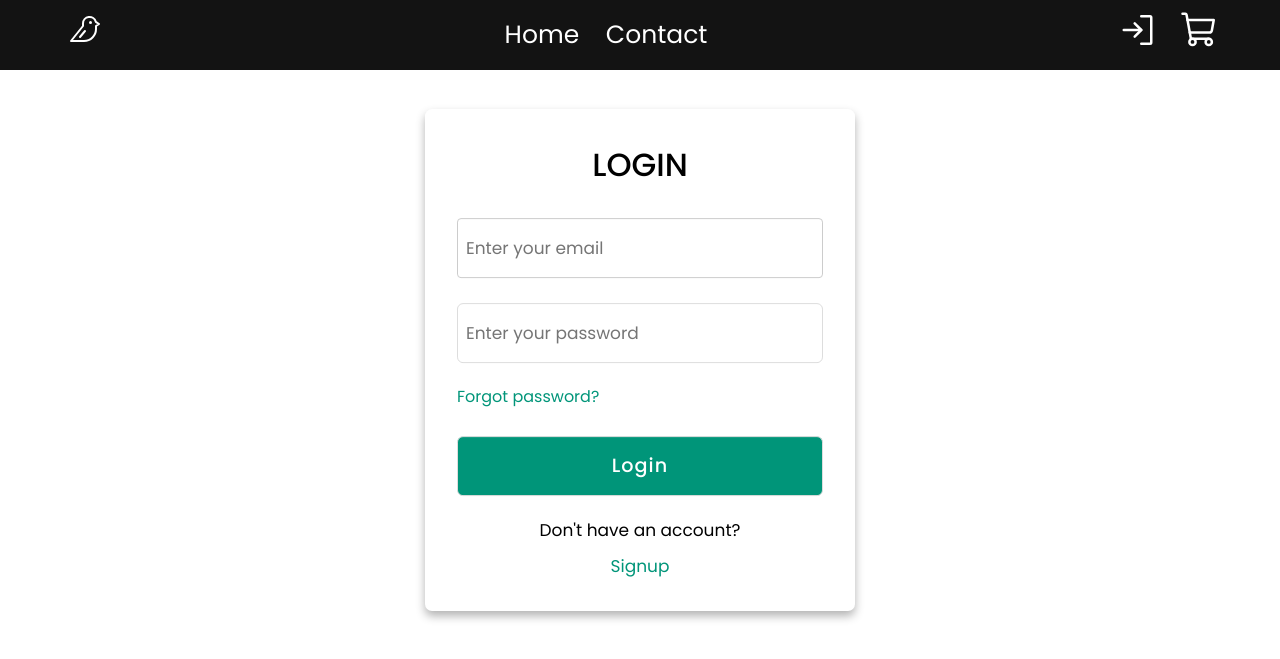
Repository: hoangdanh2/swp301
Page: /register
The author's editor kept a copy of each file at every save. The page is drawn from the files as they stood at one save, then again after the next save.
The browser window is 1280 px wide. The pictures show the whole page.
The project was rebuilt for these pictures with package versions that can differ from the ones it lists, and the page was loaded fresh each time. Also part of the build but not shown: src/pages/shop/product.jsx, src/pages/shop/shop.css, src/pages/shop/shop.jsx, src/pages/contact/contact.jsx, src/pages/cart/cart-item.jsx, src/pages/cart/cart.css, src/pages/cart/cart.jsx.

Above is the page before, as saved 2023-05-29 10:27:43.

### src/App.js
import './App.css';
import { BrowserRouter as Router, Routes, Route } from "react-router-dom";
import { Navbar } from "./components/navbar";
import { Register } from "./pages/register/register";
import { Shop } from "./pages/shop/shop";
import { Contact } from "./pages/contact/contact";
import { Cart } from "./pages/cart/cart";
import { ShopContextProvider } from './context/shop-context';


function App() {
  return (
    <div className = "App">
      <ShopContextProvider>
        <Router>
          <Navbar />
          <Routes>
            <Route path = "/register" element = {<Register />} />
            <Route path = "/" element = {<Shop />} />
            <Route path = "/contact" element = {<Contact />} />
            <Route path = "/cart" element = {<Cart />} />
          </Routes>
        </Router>
      </ShopContextProvider>
    </div>
  );
}

export default App;

### src/App.css
.App {
  width: 100%;
  height: auto;
  min-height: 100vh;
  font-family: 'Segoe UI', Tahoma, Geneva, Verdana, sans-serif;
}

body {
  padding: 0;
  margin: 0;
}

### src/components/navbar.jsx
import React from "react";
import { Link } from "react-router-dom";
import { ShoppingCart, Bird, SignIn } from "phosphor-react";
import "./navbar.css";

export const Navbar = () => {
  return (
    <div className="navbar">
      <div className="links">
        <div className="icon">
          <Link to="/">
            <Bird size={32} />
          </Link>
        </div>
        <div className="middle">
          <Link to="/"> Home </Link>
          <Link to="/contact"> Contact</Link>
        </div>
        <div className="end">
            <Link to="/register">
                <SignIn size={40}/>
            </Link>
          <Link to="/cart">
            <ShoppingCart size={40} />
          </Link>
        </div>
      </div>
    </div>
  );
};

### src/pages/register/register.jsx
import React from "react";
import "./register.css";

export const Register = () => {
  return (
    <div className="container">
    <input type="checkbox" id="check"></input>
    <div className="login form">
      <header>LOGIN</header>
      <form action="#">
        <input type="text" placeholder="Enter your email"></input>
        <input type="password" placeholder="Enter your password"></input>
        <a href="#">Forgot password?</a>
        <input type="button" className="button" value="Login"></input>
      </form>
      <div className="signup">
        <span className="signup">Don't have an account?
         <label for="check">Signup</label>
        </span>
      </div>
    </div>
    <div className="registration form">
      <header>SIGNUP</header>
      <form action="#">
        <input type="text" placeholder="Enter your email"></input>
        <input type="password" placeholder="Create a password"></input>
        <input type="password" placeholder="Confirm your password"></input>
        <input type="button" className="button" value="Signup"></input>
      </form>
      <div className="signup">
        <span className="signup">Already have an account?
         <label for="check">Login</label>
        </span>
      </div>
    </div>
  </div>
  );
};

### src/context/shop-context.jsx
import { createContext, useEffect, useState } from "react";
import { PRODUCTS } from "../products";

export const ShopContext = createContext(null);

const getDefaultCart = () => {
    let cart = {};
    for (let i = 1; i < PRODUCTS.length + 1; i++) {
        cart[i] = 0;
    }
    return cart;
}

export const ShopContextProvider = (props) => {
    const [cartItems, setCartItems] = useState(getDefaultCart());

    const getTotalCartAmount = () => {
        let totalAmount = 0;
        for (const item in cartItems) {
            if (cartItems[item] > 0) {
                let itemInfo = PRODUCTS.find((product) => product.id === Number(item));
                totalAmount += cartItems[item] *itemInfo.price;
            }
        }
        return totalAmount;
    };

    const addToCart = (itemId) => {
        setCartItems((prev) => ({ ...prev, [itemId]: prev[itemId] + 1}));
    };

    const removeFromCart = (itemId) => {
        setCartItems((prev) => ({ ...prev, [itemId]: prev[itemId] - 1}));
    };

    const updateCartItemCount = (newAmount, itemId) => {
        setCartItems((prev) => ({ ...prev, [itemId]: newAmount }));
    };

    const checkout = () => {
        setCartItems(getDefaultCart());
    };

    const contextValue = {
        cartItems,
        addToCart,
        updateCartItemCount,
        removeFromCart,
        getTotalCartAmount,
        checkout,
    };

    return (
        <ShopContext.Provider value={contextValue}>
            {props.children}
        </ShopContext.Provider>
    );
};

### src/components/navbar.css
.navbar {
    width: 100%;
    height: 70px;
    background-color: rgb(19, 19, 19);
    display: flex;
    justify-content: center;
    align-items: center;
}

.links {
    margin-right: 50px;
    display: flex;
    align-items: center;
    justify-content: space-between;
    width: 100%;
}

.icon {
    margin-left: 50px;
}

.end {
    padding: 0 10px;
}

.links a {
    text-decoration: none;
    color: white;
    margin-left: 20px;
    font-size: 25px;
}

### src/pages/register/register.css
/* Import Google font - Poppins */
@import url('https://fonts.googleapis.com/css2?family=Poppins:wght@200;300;400;500;600;700&display=swap');
*{
  margin: 0;
  padding: 0;
  box-sizing: border-box;
  font-family: 'Poppins', sans-serif;
}

.container{
  position: absolute;
  top: 50%;
  left: 50%;
  transform: translate(-50%,-50%);
  max-width: 430px;
  width: 100%;
  background: #fff;
  border-radius: 7px;
  box-shadow: 0 5px 10px rgba(0,0,0,0.3);
}

.container .registration{
  display: none;
}

#check:checked ~ .registration{
  display: block;
}

#check:checked ~ .login{
  display: none;
}

#check{
  display: none;
}

.container .form{
  padding: 2rem;
}

.form header{
  font-size: 2rem;
  font-weight: 500;
  text-align: center;
  margin-bottom: 1.5rem;
}

 .form input{
   height: 60px;
   width: 100%;
   padding: 0 8px;
   font-size: 17px;
   margin-top: 15px;
   margin-bottom: 1.3rem;
   border: 1px solid #ddd;
   border-radius: 6px;
   outline: none;
 }

 .form input:focus{
   box-shadow: 0 1px 0 rgba(0,0,0,0.2);
 }

.form a{
  font-size: 16px;
  color: #009579;
  text-decoration: none;
}

.form a:hover{
  text-decoration: underline;
}

.form input.button{
  color: #fff;
  background: #009579;
  font-size: 1.2rem;
  font-weight: 500;
  letter-spacing: 1px;
  margin-top: 1.7rem;
  cursor: pointer;
  transition: 0.4s;
}

.form input.button:hover{
  background: #006653;
}

.signup{
  font-size: 17px;
  text-align: center;
}

.signup label{
  color: #009579;
  cursor: pointer;
}

.signup label:hover{
  text-decoration: underline;
}
input[type="text"],
input[type="email"],
input[type="message"],
textarea {
    width: 100%;
    padding: 8px;
    border: 1px solid #ccc;
    border-radius: 4px;
    box-sizing: border-box;
    margin-top: 5px;
    margin-bottom: 10px;
}

### src/products.js
import product1 from "./assets/products/1.png";
import product2 from "./assets/products/1.png";
import product3 from "./assets/products/1.png";
import product4 from "./assets/products/1.png";
import product5 from "./assets/products/1.png";
import product6 from "./assets/products/1.png";
import product7 from "./assets/products/1.png";
import product8 from "./assets/products/1.png";

export const PRODUCTS = [
  {
    id: 1,
    productName: "Bird Food",
    price: 999.0,
    productImage: product1,
  },
  {
    id: 2,
    productName: "Bird Food",
    price: 1999.0,
    productImage: product2,
  },
  {
    id: 3,
    productName: "Bird Food",
    price: 699.0,
    productImage: product3,
  },
  {
    id: 4,
    productName: "Bird Food",
    price: 228.0,
    productImage: product4,
  },
  {
    id: 5,
    productName: "Bird Food",
    price: 19.99,
    productImage: product5,
  },
  {
    id: 6,
    productName: "Bird Food",
    price: 68.0,
    productImage: product6,
  },
  {
    id: 7,
    productName: "Bird Food",
    price: 120.0,
    productImage: product7,
  },
  {
    id: 8,
    productName: "Bird Food",
    price: 40.0,
    productImage: product8,
  },
];

### src/pages/contact/contact.css
.contact{
    max-width: 400px;
    margin: 0 auto;
    padding: 20px;
}
.title-contact{
    text-align: center;
}
label{
    display: block;
    margin-top: 10px;
}
.form-contact{

    text-align: center;
}

input[type="text"],
input[type="email"],
input[type="message"],
textarea {
  width: 100%;
  padding: 8px;
  border: 1px solid #ccc;
  border-radius: 4px;
  box-sizing: border-box;
  margin-top: 5px;
  margin-bottom: 10px;
}

input[type="submit"] {
    background-color: #4CAF50;
    color: white;
    padding: 10px 15px;
    border: none;
    border-radius: 4px;
    cursor: pointer;
    font-size: 16px;
  }

  input[type="submit"]:hover {
    background-color: #45a049;
  }

  textarea {
    height: 100px;
  }

Loaded but not shown: public/index.html (common file); src/index.js (common file); src/index.css (common file); src/reportWebVitals.js (common file)

After the next save:
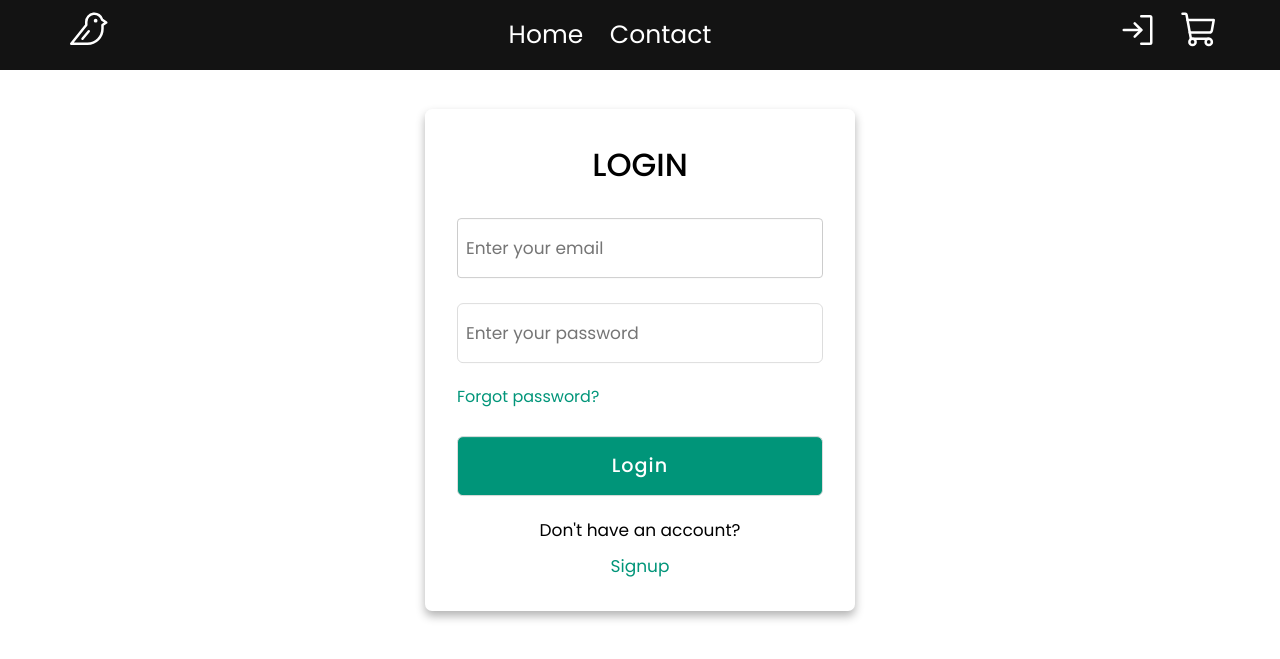
Saved 4 s later.
--- a/src/components/navbar.jsx
+++ b/src/components/navbar.jsx
@@ -9,7 +9,7 @@ export const Navbar = () => {
       <div className="links">
         <div className="icon">
           <Link to="/">
-            <Bird size={32} />
+            <Bird size={40} />
           </Link>
         </div>
         <div className="middle">
